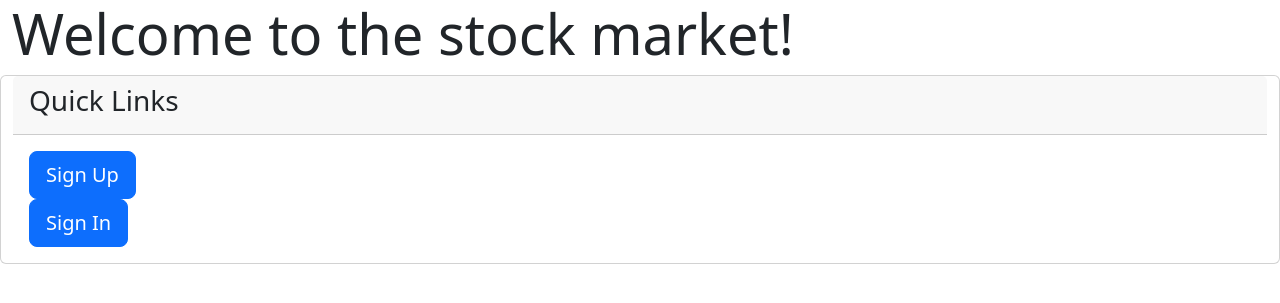
Repository: abdelbaset99/StockMarket
Page: / (app in stockmarket/)
These files come from the project's save history. The page is drawn as it stood at one moment and after the next save; the edit follows.
The browser window is 1280 px wide. The pictures show the whole page.
The project was rebuilt for these pictures with package versions that can differ from the ones it lists, and the page was loaded fresh each time. Also part of the build but not shown: stockmarket/angular.json, stockmarket/src/app/orders/orders.component.ts, stockmarket/src/app/order.service.ts, stockmarket/src/app/stocks/stocks.component.ts, stockmarket/src/app/stock.service.ts.

Above is the page before, as saved 2023-07-13 12:49:12.

After the next save:
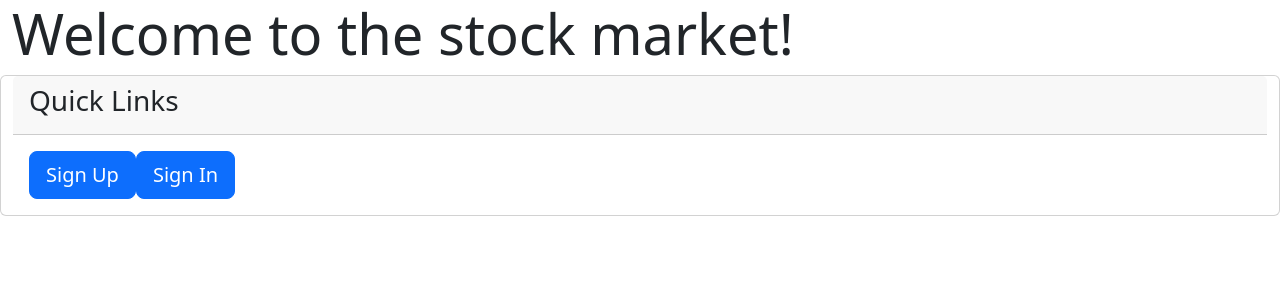
Saved 7 s later.
--- a/stockmarket/src/app/home/home.component.html
+++ b/stockmarket/src/app/home/home.component.html
@@ -21,7 +21,6 @@
           <!-- <a class="btn btn-primary btn-lg btn-block" routerLink="/stocks">View Stocks</a>
             <a class="btn btn-secondary btn-lg btn-block" routerLink="/orders">View Orders</a> -->
           <a class="btn btn-primary btn-lg btn-block" (click)="signUp.showModal()">Sign Up</a>
-          <br>
           <a class="btn btn-primary btn-lg btn-block" (click)="signIn.showModal()">Sign In</a>
         </div>
 
